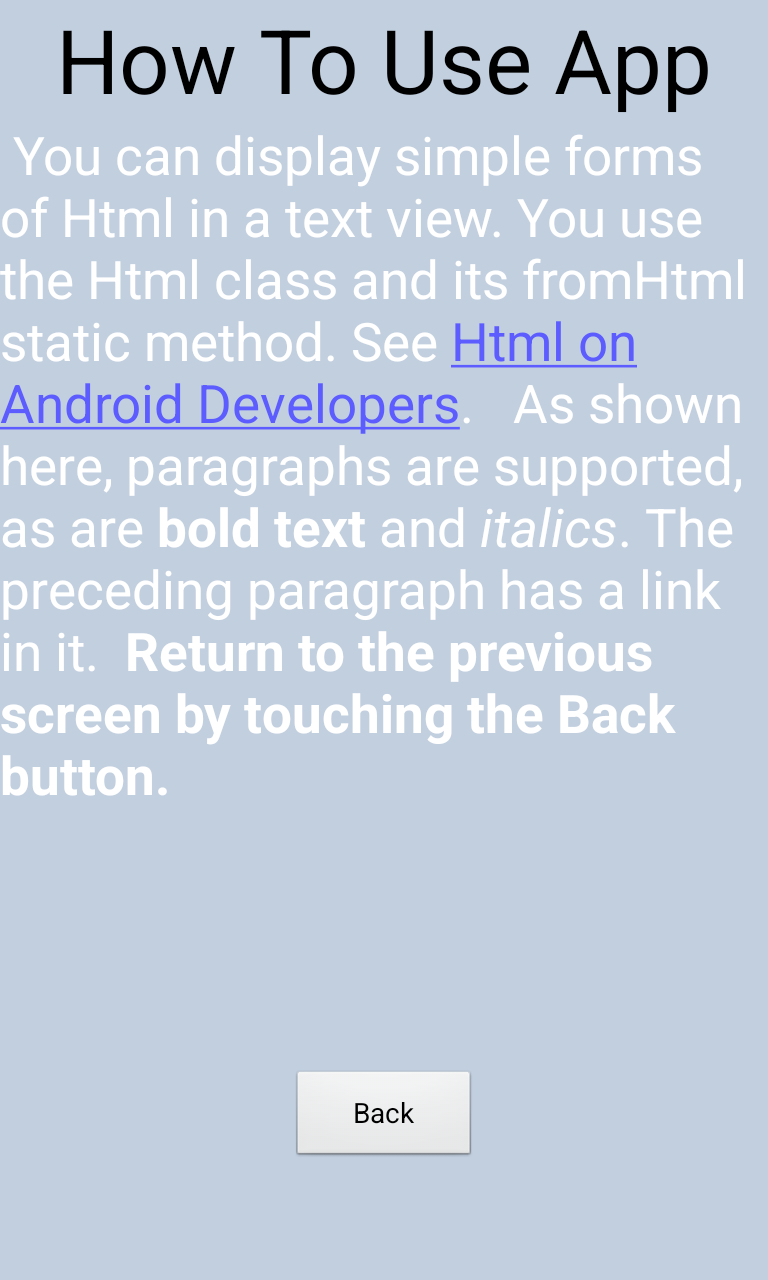
Repository: parinya1968/My-project
Layout: DroidWork/getBig/res/layout/howto.xml
These files come from the project's save history. The layout is drawn as it stood at one moment and after the next save; the edit follows.
It is drawn on a 768 x 1280 px phone screen (xhdpi) without system bars, with theme android:Theme.NoTitleBar.Fullscreen; the app's code is not run.

Above is the layout before, as saved 2012-06-20 05:55:44.

### DroidWork/getBig/res/layout/howto.xml
<?xml version="1.0" encoding="utf-8"?>
<LinearLayout xmlns:android="http://schemas.android.com/apk/res/android"
    android:layout_width="fill_parent"
    android:layout_height="fill_parent"
    android:background="#C2CFDF"
    android:orientation="vertical" >

    <TextView
        android:layout_width="wrap_content"
        android:layout_height="wrap_content"
        android:layout_gravity="center_horizontal"
        android:text="How To Use App"
        android:textColor="#000000"
        android:textSize="20pt" />




    <TextView
        android:id="@+id/textView1"
        android:layout_width="match_parent"
        android:layout_height="475dp"
        android:layout_gravity="center"
        android:textColor="@android:color/white"
         android:text="@string/howTo"
        android:textSize="12pt" />


    <Button
        android:id="@+id/howtoBackBtn"
        android:layout_width="94dp"
        android:layout_height="wrap_content"
        android:layout_gravity="center"
        android:text="Back" />

</LinearLayout>

### DroidWork/getBig/res/values/strings.xml
<?xml version="1.0" encoding="utf-8"?>
<resources>

    <string name="hello">Hello World, GetBigActivity!</string>
    <string name="app_name">GetBig</string>
    <string name="howTo">
 <p>
 You can display simple forms of Html in a text view.
 You use the Html class and its fromHtml static method.
 See
 <a href="http://developer.android.com/reference/android/text/Html.html">Html
  on Android Developers</a>.
 </p>
 <p>
 As shown here, paragraphs are supported,
 as are <b>bold text</b> and <i>italics</i>.
 The preceding paragraph has a link in it.
 </p>
 <p><b>Return to the previous screen by touching the Back button.</b>
 </p>
 </string>

</resources>

After the next save:
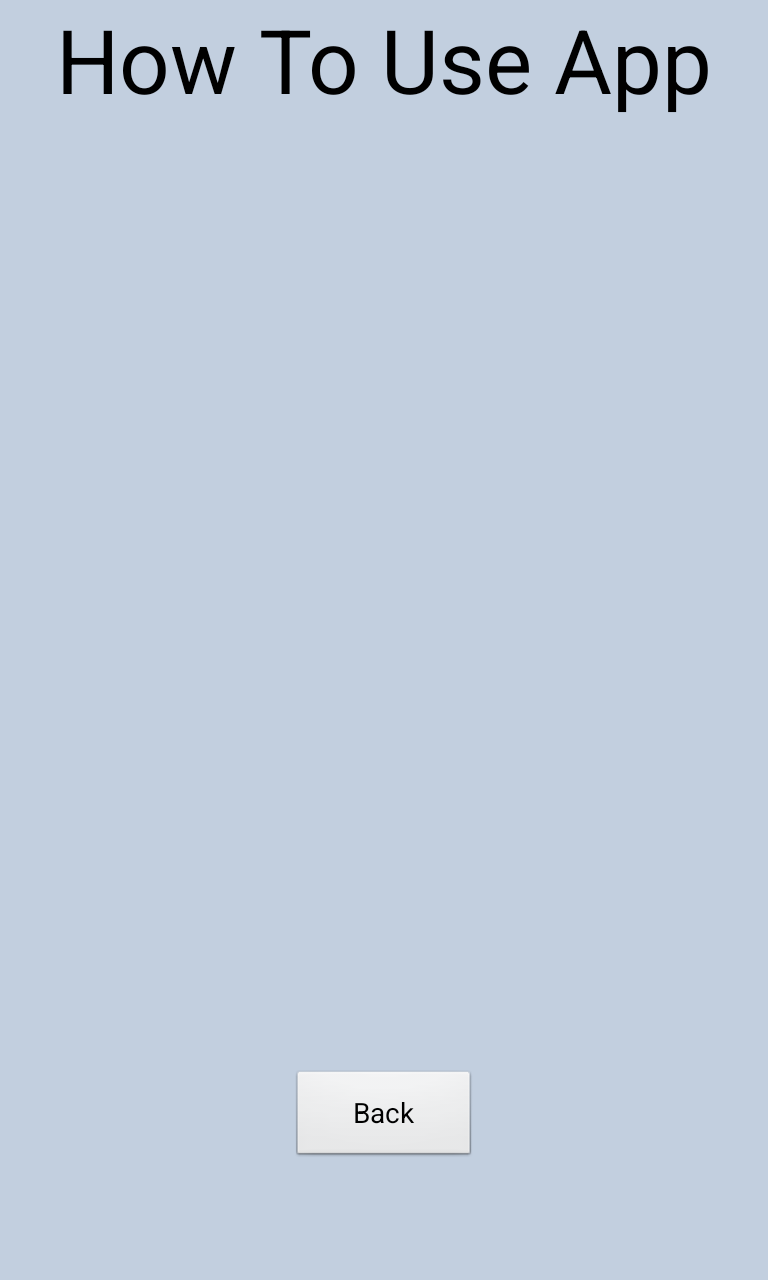
Saved 31 s later.
--- a/DroidWork/getBig/res/values/strings.xml
+++ b/DroidWork/getBig/res/values/strings.xml
@@ -3,21 +3,6 @@
 
     <string name="hello">Hello World, GetBigActivity!</string>
     <string name="app_name">GetBig</string>
-    <string name="howTo">
- <p>
- You can display simple forms of Html in a text view.
- You use the Html class and its fromHtml static method.
- See
- <a href="http://developer.android.com/reference/android/text/Html.html">Html
-  on Android Developers</a>.
- </p>
- <p>
- As shown here, paragraphs are supported,
- as are <b>bold text</b> and <i>italics</i>.
- The preceding paragraph has a link in it.
- </p>
- <p><b>Return to the previous screen by touching the Back button.</b>
- </p>
- </string>
+    <string name="howTo"></string>
 
 </resources>
